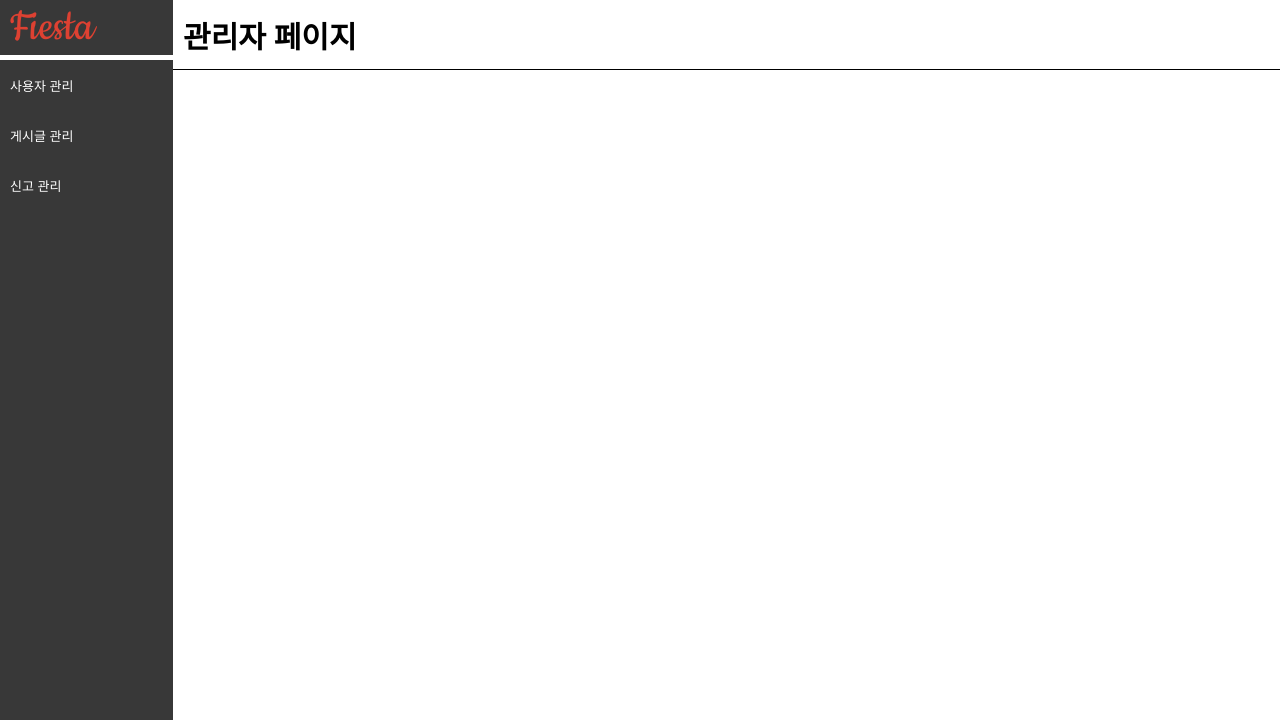
Repository: SNSFiestaTeam/Fiesta
Page: Fiesta/src/main/webapp/html/management/management.html
The author's editor kept a copy of each file at every save. The page is drawn from the files as they stood at one save, then again after the next save.
The browser window is 1280 px wide. The pictures show the whole page.
Some web fonts or font styles are not loaded; a fallback is used.

Above is the page before, as saved 2022-12-06 11:55:10.

### Fiesta/src/main/webapp/html/management/management.html
<!DOCTYPE html>
<html lang="en">
<head>
  <meta charset="UTF-8">
  <meta http-equiv="X-UA-Compatible" content="IE=edge">
  <meta name="viewport" content="width=device-width, initial-scale=1.0">
  <link rel="stylesheet" href="../../resources/css/common-style.css">
  <link rel="stylesheet" href="../../resources/css/management/management.css">
  <title>관리자페이지</title>
</head>
<body>
  <sidebar class="sidebar">
    <span class="title">Fiesta</span>
    <a href="#" class="bar-item button">사용자 관리</a>
    <a href="#" class="bar-item button">게시글 관리</a>
    <a href="#" class="bar-item button">신고 관리</a>
  </sidebar>

  <main class ="management-container">

    <div class="management-title">
      <h1>관리자 페이지</h1>
    </div>

    <div class="management-content">

    </div>

  </main>


  <script src="/resources/js/management/management.js"></script>
</body>
</html>

### Fiesta/src/main/webapp/resources/css/common-style.css
@import url('https://fonts.googleapis.com/css2?family=Noto+Sans+KR:wght@100;300;400;500;700;900&display=swap');
@import url('https://fonts.googleapis.com/css2?family=Chewy&display=swap');
@import url('https://fonts.googleapis.com/css2?family=Leckerli+One&display=swap');
@import url('https://fonts.googleapis.com/css2?family=Cookie&display=swap');
@import './root-style.css';
@import url('https://fonts.googleapis.com/css2?family=Nanum+Gothic:wght@400;700;800&display=swap');
@import url('https://fonts.googleapis.com/css2?family=IBM+Plex+Sans+KR:wght@100;200;300;400;500&display=swap');

@font-face {
  font-family: 'NanumSquareNeo-Variable';
  src: url('https://cdn.jsdelivr.net/gh/projectnoonnu/noonfonts_11-01@1.0/NanumSquareNeo-Variable.woff2') format('woff2');
  font-weight: normal;
  font-style: normal;
}

@font-face {
  font-family: 'NanumBarunGothic';
  font-style: normal;
  font-weight: 400;
  src: url('//cdn.jsdelivr.net/font-nanumlight/1.0/NanumBarunGothicWeb.eot');
  src: url('//cdn.jsdelivr.net/font-nanumlight/1.0/NanumBarunGothicWeb.eot?#iefix') format('embedded-opentype'), url('//cdn.jsdelivr.net/font-nanumlight/1.0/NanumBarunGothicWeb.woff') format('woff'), url('//cdn.jsdelivr.net/font-nanumlight/1.0/NanumBarunGothicWeb.ttf') format('truetype');
 }

 @font-face {
  font-family: 'S-CoreDream-3Light';
  src: url('https://cdn.jsdelivr.net/gh/projectnoonnu/noonfonts_six@1.2/S-CoreDream-3Light.woff') format('woff');
  font-weight: normal;
  font-style: normal;
}

@font-face {
  font-family: 'SUIT-Regular';
  src: url('https://cdn.jsdelivr.net/gh/projectnoonnu/noonfonts_suit@1.0/SUIT-Regular.woff2') format('woff2');
  font-weight: normal;
  font-style: normal;
}
/* 전체 적용 스타일 */
* {
  margin: 0;
  padding: 0;
  box-sizing: border-box;
  list-style: none;
  /* font-family: 'Noto Sans KR', sans-serif; */
  /* font-family: 'Nanum Gothic', sans-serif; */
  /* font-family: 'IBM Plex Sans KR', sans-serif; */
  font-family: 'NanumSquareNeo-Variable';
  /* font-family: 'NanumBarunGothic'; */
  /* font-family: 'SUIT-Regular'; */
  letter-spacing: 0.1px;
}

a {
  text-decoration: none;
  color: black;
}

body {
  width: vw;
  font-size: 18px;
}

button {
  border: none;
  background-color: white;
}

footer {
  width: 100%;
  height: 134px;
  color: gray;
  font-size: var(--small-font-size);
  padding-bottom: 40px;

  display: flex;
  flex-direction: column;
  justify-content: space-around;
  align-items: center;
}

footer a {
  color: gray;
}

header {
  width: 100%;
  height: 60px;
  border-bottom: 1px solid #ccc;

  position: sticky;
  top: 0;
  background-color: white;

  display: flex;
  justify-content: center;
  z-index: 2;
}

header > section {
  width: 1000px;
  padding: 0 20px;

  display: flex;
  justify-content: space-between;
  align-items: center;
}

.logo-section a {
  font-family: 'Cookie', cursive;
  /* font-family: 'Chewy', cursive; */
  color: #dd4132;
  font-size: 50px;
  width: 120px;
  height: auto;
}

#logo {
  width: 120px;
  height: auto;
}

.search-section {
  width: 50%;

  display: flex;
  justify-content: center;
}

.search-section fieldset {
  height: 36px;
  width: 90%;
  background-color: --main-font-color;
  border: none;
  border-radius: 5px;

  display: flex;
  justify-content: center;
  align-items: center;
}

.search-section fieldset input {
  width: 200px;
}

#searchX {
  display: flex;
  justify-content: center;
  align-items: center;

  border-radius: 50%;

  display: none;
}

#searchX > i {
  background-color: #ccc;
  display: block;
  width: 15px;
  height: 15px;
  border-radius: 50%;
  font-size: 10px;

  display: flex;
  justify-content: center;
  align-items: center;
  color: white;
}

.search-section fieldset:focus-within > #search-glass {
  display: none;
}

.search-section fieldset:focus-within > #searchX {
  display: inline;
}

.search-section fieldset > input {
  height: 25px;
  border: none;
  outline: none;
  font-size: var(--madium-font-size);

  flex-basis: 80%;
}

.search-section fieldset > button {
  height: 25px;
  margin-right: 10px;
  font-size: 16px;
  color: var(--main-font-color);

  flex-basis: 10%;
}

nav {
  min-width: 300px;
}

nav > ul {
  font-size: var(--large-icon-size);

  display: flex;
  justify-content: space-between;
}

nav li {
  margin-left: 10px;
  flex-shrink: 0;

  text-align: center;
}

nav li > button {
  width: 100%;
  height: 100%;
  font-size: var(--large-icon-size);
}

nav li > button:active {
  color: var(--main-font-color);
}

nav li > a:active {
  color: var(--main-font-color);
}

nav i {
  flex-shrink: 0;
}

#searchBtn {
  display: none;
}

.toggle-search-section {
  display: none;
}

@media screen and (min-width: 1024px) {
  /* Desktop */
}

@media screen and (min-width: 471px) and (max-width: 1023px) {
  /* Tablet */
}

@media screen and (max-width: 780px) {
  .search-section > form {
    display: none;
  }

  #searchBtn {
    display: inline;
  }

  .toggle-search-section {
    width: 100vw;
    height: 80px;

    position: sticky;
    top: 60px;

    display: flex;
    justify-content: center;
    align-items: center;
    z-index: 40;
    display: none;
  }

  .toggle-search-section fieldset {
    height: 38px;
    width: 100%;
    background-color: #ffffff90;
    border: 1px solid #8e8e8e;
    border-radius: 5px;
    padding-left: 10px;

    display: flex;
    justify-content: center;
    align-items: center;
  }

  .toggle-search-section fieldset > input {
    height: 100%;
    width: 100%;
    border: none;
    outline: none;
    font-size: var(--madium-font-size);
    background-color: #ffffff00;

    flex-basis: 80%;
  }

  .toggle-search-section fieldset > button {
    height: 30px;
    margin-right: 10px;
    font-size: 16px;
    color: var(--fiesta-color);
    background-color: #ffffff00;

    flex-basis: 10%;
  }
}

@media screen and (max-width: 470px) {
  /* mobile */

  html {
    width: 100%;
  }

  body {
    width: vw;
  }

  footer {
    display: none;
  }

  #header-section {
    width: vw;
  }

  #newPost {
    width: 60px;
    height: 60px;
    border: 2px solid #8e8e8e;
    border-radius: 50%;
    background-color: white;
    display: flex;
    justify-content: center;
    align-items: center;

    font-size: 30px;

    position: fixed;
    bottom: 20px;
    right: 10px;
  }
}

#header-menu-toggle{
  display: none;
}

label[for='header-menu-toggle'] {
  cursor: pointer;
}

/* 체크박스 다음 div */
#toggle-menu{
  display: none;
}

/* 체크박스가 체크된 경우 다음 div */
#header-menu-toggle:checked + div{
  display: block;
}

.header-menu-parent{
  position: relative;
}

#toggle-menu{
  position: absolute;
  top: 30px;
  right: -10px;
  z-index: 500;
  width: 150px;
  height: 100px;
  background-color: white;
  box-shadow: 0px 0px 1px gray;
  border-radius: 6px;
}


#toggle-menu > a{
  display: flex;
  height: 50%;
  justify-content: center;
  align-items: center;
  font-size: 14px;
  font-weight: bold;
}

#toggle-menu > a:first-child{
  border-bottom: 1px solid #ccc;
}

### Fiesta/src/main/webapp/resources/css/management/management.css
@import '../root-style.css';

@font-face {
  font-family: 'NanumSquareNeo-Variable';
  src: url('https://cdn.jsdelivr.net/gh/projectnoonnu/noonfonts_11-01@1.0/NanumSquareNeo-Variable.woff2') format('woff2');
  font-weight: normal;
  font-style: normal;
}

* {
  font-family: 'NanumSquareNeo-Variable';
}

body {
  display: flex;
}

/* 사이드 바 */
.sidebar{
  flex-grow: 0;
  width: 200px;
  height: 100vh;
  background-color: rgb(56, 56, 56);
  color: white;

  display: flex;
  flex-direction: column;


  font-size: 13px;
}

.sidebar > .button {
  padding-left: 10px;
}

.title {
  font-size: 50px;
  color: var(--fiesta-color);
  font-family: 'Cookie', cursive;
  border-bottom: 0.1em solid white;
  padding-left: 10px;
}

.button {
  color: white;
  width: 100%;
  height: 50px;

  display: flex;
  align-items: center;

}

.title {

}

.management-container {
  width: 100%;
}

/* 관리자 페이지 타이틀 */
.management-title{
  display: flex;
  align-items: center;
  height: 70px;
  font-size: 15px;
  border-bottom: 1px solid black;
  padding-left: 10px

}

/* 관리자 페이지 내용 */
.management-content {

}

### Fiesta/src/main/webapp/resources/js/management/management.js


function w3_open() {
  document.getElementById("mySidebar").style.display = "block";
}

function w3_close() {
  document.getElementById("mySidebar").style.display = "none";
}

### Fiesta/src/main/webapp/resources/css/root-style.css
/* 루트 함수
공동으로 사용할 스타일을 미리 지정해놓고 사용 가능
스타일 지정시 지정할 스타일: 루트 함수명 으로 사용 가능
--만 타이핑 하면 자동완성 리스트가 뜨고
선택하면 var()함수까지 자동완성됨 */
:root {
  --background-color: white;
  --main-font-color: #8e8e8e;
  --icon-button-color: #262626;
  --point-font-color: #0095f6;
  --mention-font-color: #00376b;
  --fiesta-color: #dd4132;
  --small-font-size: 12px;
  --main-font-size: 13px;
  --medium-font-size: 16px;
  --large-icon-size: 24px;
}

After the next save:
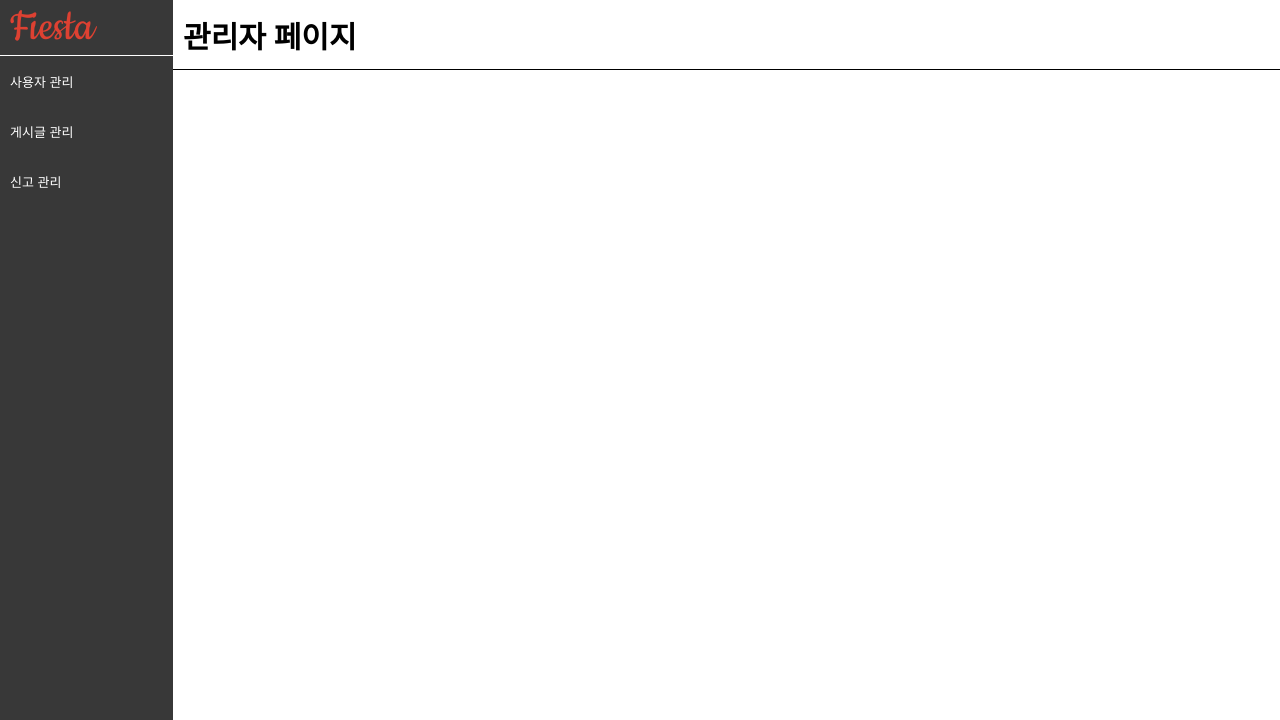
Saved 10 s later.
--- a/Fiesta/src/main/webapp/resources/css/management/management.css
+++ b/Fiesta/src/main/webapp/resources/css/management/management.css
@@ -38,7 +38,7 @@
   font-size: 50px;
   color: var(--fiesta-color);
   font-family: 'Cookie', cursive;
-  border-bottom: 0.1em solid white;
+  border-bottom: 0.01em solid white;
   padding-left: 10px;
 }
 

After the save that followed:
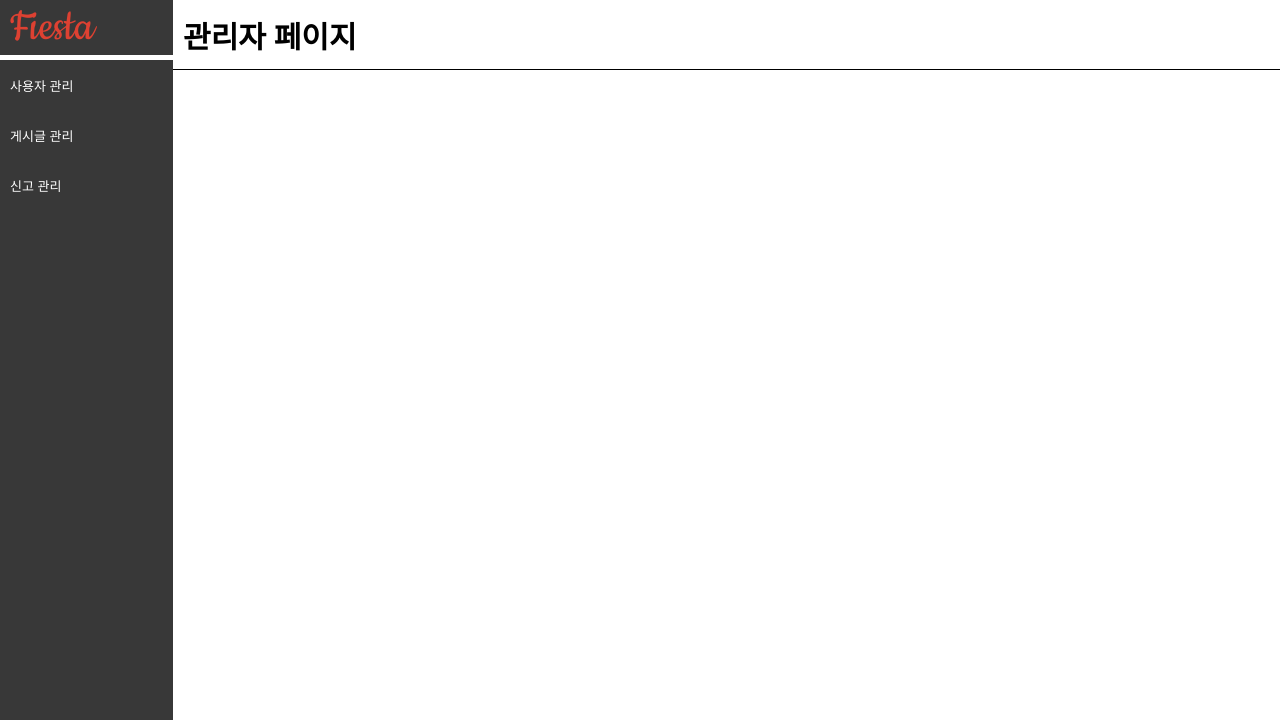
Saved 7 s later.
--- a/Fiesta/src/main/webapp/resources/css/management/management.css
+++ b/Fiesta/src/main/webapp/resources/css/management/management.css
@@ -38,7 +38,7 @@
   font-size: 50px;
   color: var(--fiesta-color);
   font-family: 'Cookie', cursive;
-  border-bottom: 0.01em solid white;
+  border-bottom: 0.1em solid white;
   padding-left: 10px;
 }
 
